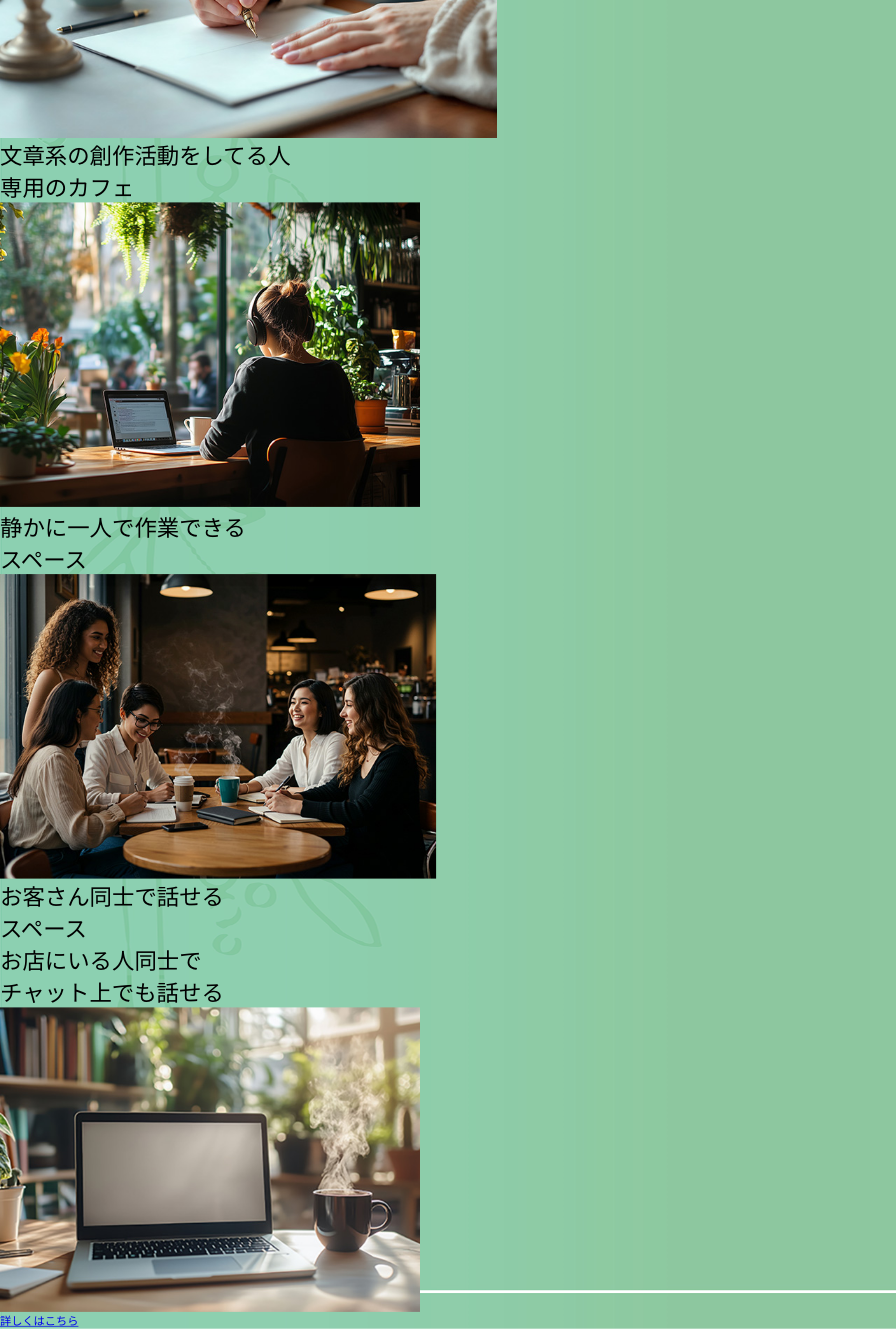
Repository: saka-kou/GardenStory
Page: index.html
These files come from the project's save history. The page is drawn as it stood at one moment and after the next save; the edit follows.
The browser window is 1280 px wide. The pictures show the part of the page from y = 653 to 2573 px (the page is 2551 px tall before and 2573 px after), at 70% of full size.
A picture or video elsewhere on the page could not be fetched, so the positions and the page height are approximate. Some web fonts or font styles are not loaded; a fallback is used.

Above is the page before, as saved 2025-07-23 17:14:13.

### index.html
<!DOCTYPE html>
<html lang="en">
<head>
    <meta charset="UTF-8">
    <meta name="viewport" content="width=device-width, initial-scale=1.0">
    <link rel="preconnect" href="https://fonts.googleapis.com">
    <link rel="preconnect" href="https://fonts.gstatic.com" crossorigin>
    <link href="https://fonts.googleapis.com/css2?family=Kaisei+Opti&display=swap" rel="stylesheet">

    <title>物語庭園</title>
    <link rel="stylesheet" href="css/index.css">
</head>
<body>
    <h1><img src="images/logo.png" alt="物語庭園ロゴ"></h1>
    <div id="container">

        <h1 class="consept-text">物語庭園について</h1>
        <ul id="gnavi" class="consept-text">
            <li>物語庭園について</li>
            <li>メニュー</li>
            <li>利用料金</li>
            <li>アクセス</li>
            <li>トピックス</li>
        </ul>
        <img src="images/write.jpeg" alt="文創" class="leftimg">
        <p class="consept-text">文章系の創作活動をしてる人<br>
        専用のカフェ
        </p>
        <img src="images/work.jpeg" alt="作業" class="rightimag">
        <p class="consept-text">静かに一人で作業できる<br>
        スペース
        </p>
        <img src="images/talk.jpeg" alt="話せる" class="leftimg">
        <p class="consept-text">お客さん同士で話せる<br>
        スペース
        </p>
        <p class="consept-text">お店にいる人同士で<br>
        チャット上でも話せる
        </p>
        <img src="images/Website.jpeg" alt="Webサイト" class="rightimg">
        <p><a href="#">詳しくはこちら</a></p>
    </div>
</body>
</html>

### css/index.css
*{
    margin: 0;
    padding: 0;
}
body{
    background-image: url("../images/壁紙例2.webp");
    /*background-color: #5BBB8F;*/
}
#gnavi{
    display: flex;
    list-style-type: none;
    width: 100%;
    background-color: rgba(171, 215, 183, 0.45);
}
.consept-text{
    font-family: "Kaisei Opti", serif;
    font-weight: 400;
    font-style: normal;
    font-size: 32px;
}
.leftimg{
    display: flex;
}
.rightimg{
    display: flex;
}

After the next save:
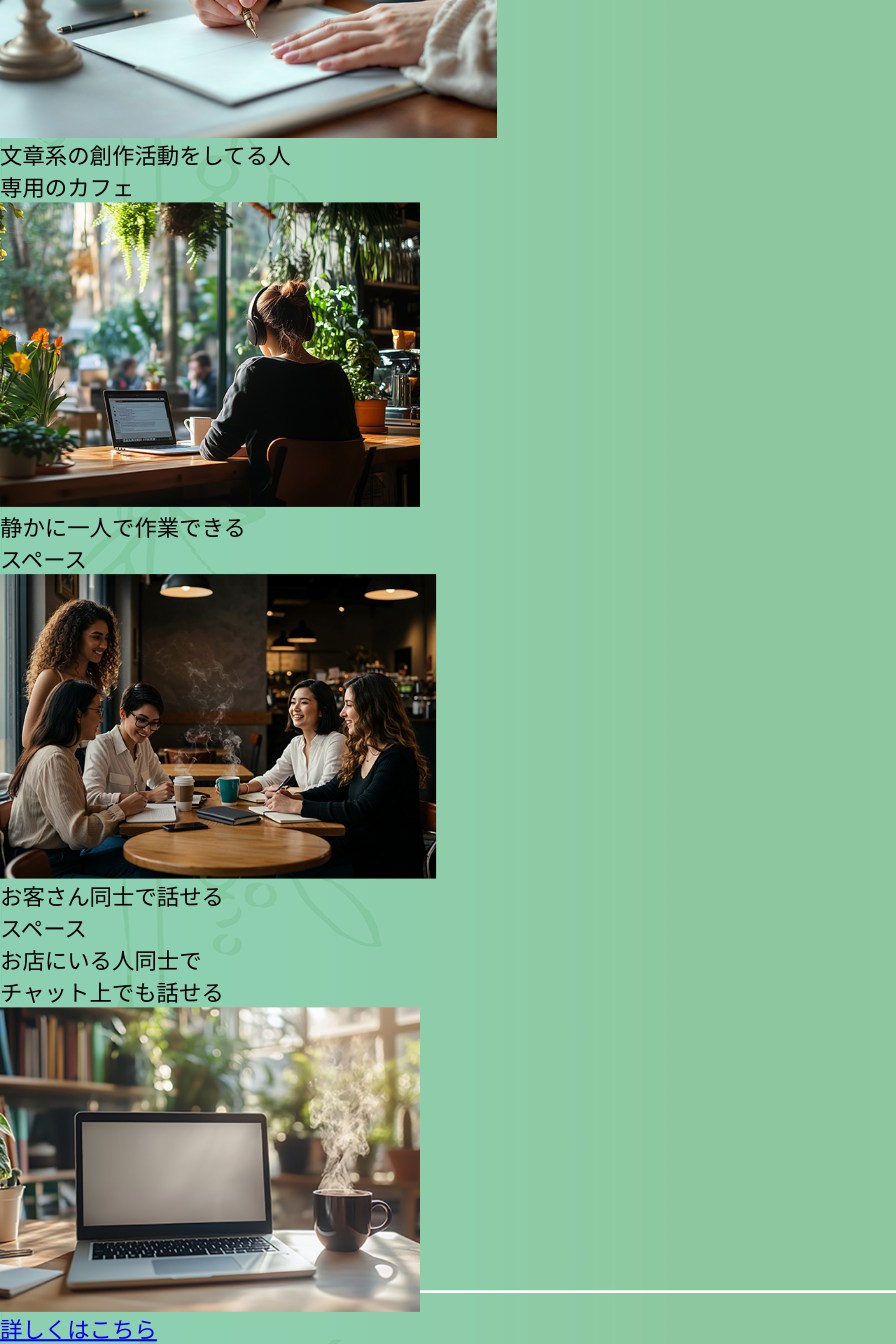
Saved 26 s later.
--- a/index.html
+++ b/index.html
@@ -38,7 +38,7 @@
         チャット上でも話せる
         </p>
         <img src="images/Website.jpeg" alt="Webサイト" class="rightimg">
-        <p><a href="#">詳しくはこちら</a></p>
+        <p class="consept-text"><a href="#">詳しくはこちら</a></p>
     </div>
 </body>
 </html>
